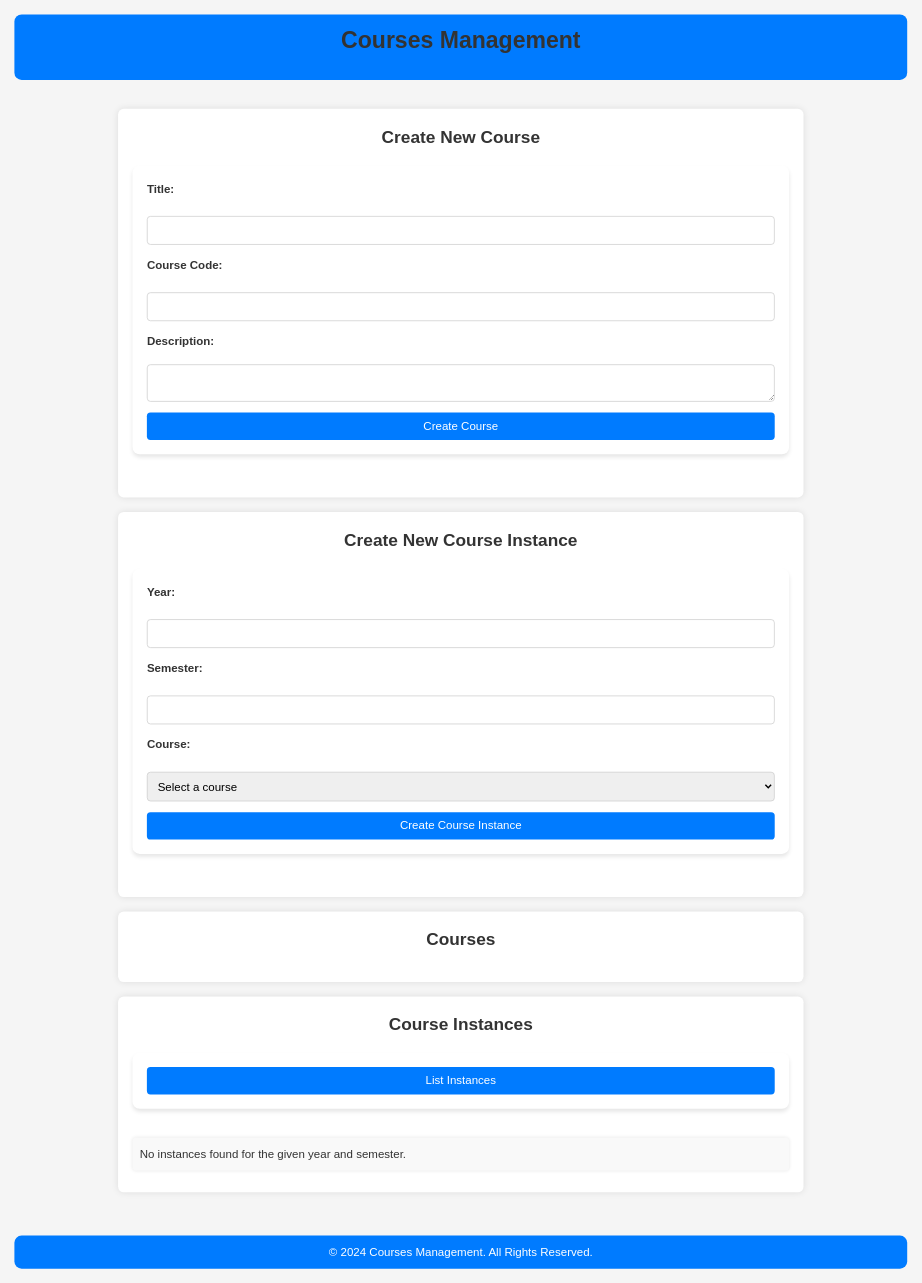
Repository: Rajdeep00-bit/Course_frontend
Page: /
An editor plug-in stored every save of this project. The page is shown before and after the next save, followed by the edit.
The browser window is 1280 px wide. The pictures show the whole page, at 72% of full size.
The page's requests for data from a server got no answer. The project was rebuilt for these pictures with package versions that can differ from the ones it lists, and the page was loaded fresh each time. No one was signed in, and anything a server would have sent is missing. Also part of the build but not shown: src/components/CourseInstanceDetails.js.

Above is the page before, as saved 2024-09-10 23:45:41.

### src/index.css
/* Reset some default styles */
* {
  margin: 0;
  padding: 0;
  box-sizing: border-box;
}

body {
  font-family: 'Arial', sans-serif;
  background-color: #f4f4f9;
  color: #333;
  line-height: 1.6;
  padding: 20px;
}

h1, h2, h3, h4, h5, h6 {
  margin-bottom: 20px;
  color: #333;
}

.container {
  max-width: 1200px;
  margin: 0 auto;
  padding: 20px;
}

/* General button styles */
button {
  background-color: #007bff;
  color: white;
  padding: 10px 15px;
  border: none;
  border-radius: 5px;
  cursor: pointer;
  font-size: 16px;
  transition: background-color 0.3s ease;
}

button:hover {
  background-color: #0056b3;
}

/* Form styles */
form {
  background-color: white;
  padding: 20px;
  margin-bottom: 40px;
  border-radius: 10px;
  box-shadow: 0 4px 6px rgba(0, 0, 0, 0.1);
}

form div {
  margin-bottom: 15px;
}

form label {
  display: block;
  margin-bottom: 5px;
  font-weight: bold;
}

form input[type="text"],
form input[type="number"],
form select {
  width: 100%;
  padding: 10px;
  margin-top: 5px;
  border: 1px solid #ccc;
  border-radius: 5px;
  font-size: 16px;
}

/* List styles */
ul {
  list-style: none;
  padding: 0;
}

li {
  background-color: white;
  padding: 15px;
  margin-bottom: 10px;
  border-radius: 10px;
  display: flex;
  justify-content: space-between;
  align-items: center;
  box-shadow: 0 4px 6px rgba(0, 0, 0, 0.1);
}

li button {
  background-color: #dc3545;
}

li button:hover {
  background-color: #c82333;
}

/* Header styles */
header {
  background-color: #007bff;
  color: white;
  padding: 20px;
  text-align: center;
  border-radius: 10px;
  margin-bottom: 40px;
}

/* Course and Course Instance Styles */
.course, .course-instance {
  display: flex;
  justify-content: space-between;
  align-items: center;
  padding: 15px;
  margin-bottom: 10px;
  background-color: white;
  border-radius: 10px;
  box-shadow: 0 4px 6px rgba(0, 0, 0, 0.1);
}

.course-info, .instance-info {
  display: flex;
  flex-direction: column;
}

.course-info h3, .instance-info h3 {
  margin-bottom: 5px;
}

/* Footer */
footer {
  text-align: center;
  padding: 20px;
  margin-top: 40px;
  background-color: #007bff;
  color: white;
  border-radius: 10px;
}

### src/App.js
import React, { useEffect, useState } from 'react';
import './App.css';
import CourseForm from './components/CourseForm';
import CourseInstanceForm from './components/CourseInstanceForm';
import CourseInstanceList from './components/CourseInstanceList';
import CourseList from './components/CourseList';
import CourseInstanceDetails from './components/CourseInstanceDetails';

function App() {
  const [courses, setCourses] = useState([]);
  const [instances, setInstances] = useState([]);
  const [year, setYear] = useState('');
  const [semester, setSemester] = useState('');
  const [selectedInstance, setSelectedInstance] = useState(null);
  const [fetchNewCourse, setFetchNewCourse] = useState(true);

  // Fetch all courses
  const fetchCourses = () => {
    fetch('http://127.0.0.1:8000/api/courses')
      .then(response => response.json())
      .then(data => setCourses(data))
      .catch((error) => {
        console.error('Error fetching courses:', error);
      });
  };

  // Fetch all course instances based on year and semester
  const fetchInstances = () => {
    if (!year || !semester) return;  // Prevent fetching if year or semester is not set
    fetch(`http://127.0.0.1:8000/api/instances/${year}/${semester}`)
      .then(response => response.json())
      .then(data => setInstances(data))  // Immediately update state with fetched instances
      .catch((error) => {
        console.error('Error fetching instances:', error);
      });
  };

  // Fetch course instance details for a specific instance
  const viewInstanceDetails = (id) => {
    fetch(`http://127.0.0.1:8000/api/instances/${year}/${semester}/${id}`)
      .then(response => response.json())
      .then(data => setSelectedInstance(data))  // Set selected instance to display its details
      .catch((error) => {
        console.error('Error fetching instance details:', error);
      });
  };

  // Delete a course instance and update the state in real-time
  const deleteInstance = (id) => {
    if (!window.confirm("Are you sure you want to delete this course instance?")) {
      return;
    }

    fetch(`http://127.0.0.1:8000/api/instances/${id}`, {
      method: 'DELETE'
    })
    .then(response => {
      if (response.ok) {
        // Update the instances state immediately after deletion
        const updatedInstances = instances.filter(instance => instance.id !== id);
        setInstances(updatedInstances);
        setSelectedInstance(null); // Clear selected instance after deletion
        alert("Instance deleted successfully.");
      } else {
        return response.json().then(err => Promise.reject(err));
      }
    })
    .catch((error) => {
      console.error('Error deleting instance:', error);
      alert("Failed to delete the instance. Please try again.");
    });
  };

  // Delete a course and update the state in real-time
  const deleteCourse = (id) => {
    if (!window.confirm("Are you sure you want to delete this course?")) {
      return;
    }

    fetch(`http://127.0.0.1:8000/api/courses/${id}`, {
      method: 'DELETE'
    })
    .then(response => {
      if (response.ok) {
        // Update the courses state immediately after deletion
        const updatedCourses = courses.filter(course => course.id !== id);
        setCourses(updatedCourses);
        alert("Course deleted successfully.");
      } else {
        return response.json().then(err => Promise.reject(err));
      }
    })
    .catch((error) => {
      console.error('Error deleting course:', error);
      alert("Failed to delete the course. Please try again.");
    });
  };

  // Fetch courses on component mount
  useEffect(() => {
    fetchCourses();
  }, []);

  // Re-fetch instances whenever year/semester changes
  useEffect(() => {
    fetchInstances();
  }, [year, semester]);

  return (
    <div className="App">
      <header className="header">
        <h1>Courses Management</h1>
      </header>

      <div className="container">
        {/* Section for Creating a New Course */}
        <section className="section">
          <h2>Create New Course</h2>
          <CourseForm onCourseCreated={fetchCourses} setFetchNewCourse={setFetchNewCourse} />
        </section>

        {/* Section for Creating a New Course Instance */}
        <section className="section">
          <h2>Create New Course Instance</h2>
          <CourseInstanceForm
            onInstanceCreated={fetchInstances}
            year={year}
            semester={semester}
            setYear={setYear}
            setSemester={setSemester}
            fetchNewCourse={fetchNewCourse}
            setFetchNewCourse={setFetchNewCourse}
          />
        </section>

        {/* Section for Displaying the List of Courses */}
        <section className="section">
          <h2>Courses</h2>
          <CourseList
            courses={courses}
            fetchCourses={fetchCourses}
            deleteCourse={deleteCourse}  // Pass delete function to CourseList
          />
        </section>

        {/* Section for Displaying the List of Course Instances */}
        <section className="section">
          <h2>Course Instances</h2>
          <CourseInstanceList
            instances={instances}
            fetchInstances={fetchInstances}
            year={year}
            semester={semester}
            viewInstanceDetails={viewInstanceDetails}  // Pass function to view instance details
            deleteInstance={deleteInstance}  // Pass delete function to CourseInstanceList
          />
        </section>

        {/* Section for Displaying Selected Course Instance Details */}
        {selectedInstance && (
          <section className="section">
            <h2>Course Instance Details</h2>
            <CourseInstanceDetails
              instance={selectedInstance}
              fetchInstances={fetchInstances}  // Pass fetchInstances to refresh list after deletion
            />
            <button onClick={() => deleteInstance(selectedInstance.id)}>Delete Instance</button> {/* Delete Button */}
          </section>
        )}
      </div>

      <footer className="footer">
        <p>&copy; 2024 Courses Management. All Rights Reserved.</p>
      </footer>
    </div>
  );
}

export default App;

### src/App.css
body {
  margin: 0;
  font-family: Arial, sans-serif;
  background-color: #f5f5f5;
}

.App {
  text-align: center;
}

.header {
  background-color: #007bff;
  color: white;
  padding: 10px 0;
  margin-bottom: 20px;
}

.container {
  width: 80%;
  margin: 0 auto;
}

.section {
  background-color: white;
  padding: 20px;
  margin-bottom: 20px;
  box-shadow: 0px 0px 10px rgba(0, 0, 0, 0.1);
  border-radius: 8px;
}

.form {
  display: flex;
  flex-direction: column;
  gap: 15px;
}

.form label {
  font-weight: bold;
  text-align: left;
}

.form input, .form textarea, .form select {
  padding: 10px;
  border-radius: 5px;
  border: 1px solid #ccc;
}

.form button {
  padding: 10px;
  background-color: #007bff;
  color: white;
  border: none;
  border-radius: 5px;
  cursor: pointer;
}

.form button:hover {
  background-color: #0056b3;
}

ul {
  list-style-type: none;
  padding: 0;
}

ul li {
  background-color: #f9f9f9;
  margin: 10px 0;
  padding: 10px;
  border-radius: 5px;
  box-shadow: 0px 0px 5px rgba(0, 0, 0, 0.1);
}

ul li button {
  margin-left: 10px;
}

.course-details, .instance-details {
  margin-top: 20px;
  text-align: left;
}

.footer {
  background-color: #007bff;
  color: white;
  padding: 10px 0;
  margin-top: 20px;
}

### src/components/CourseForm.js
import React, { useState } from 'react';

function CourseForm({ onCourseCreated, setFetchNewCourse }) {
  const [title, setTitle] = useState('');
  const [courseCode, setCourseCode] = useState('');
  const [description, setDescription] = useState('');

  const handleSubmit = (event) => {
    event.preventDefault();

    const course = {
      title: title,
      course_code: courseCode,
      description: description
    };

    fetch('http://127.0.0.1:8000/api/courses', {
      method: 'POST',
      headers: {
        'Content-Type': 'application/json'
      },
      body: JSON.stringify(course)
    })
      .then(response => response.json())
      .then(data => {
        setTitle('');
        setCourseCode('');
        setDescription('');
        setFetchNewCourse(true);
        onCourseCreated();
      })
      .catch((error) => {
        console.error('Error creating course:', error);
      });
  };

  return (
    <form className="form" onSubmit={handleSubmit}>
      <label>Title:</label>
      <input
        type="text"
        value={title}
        onChange={(e) => setTitle(e.target.value)}
        required
      />

      <label>Course Code:</label>
      <input
        type="text"
        value={courseCode}
        onChange={(e) => setCourseCode(e.target.value)}
        required
      />

      <label>Description:</label>
      <textarea
        value={description}
        onChange={(e) => setDescription(e.target.value)}
        required
      />

      <button type="submit">Create Course</button>
    </form>
  );
}

export default CourseForm;

### src/components/CourseInstanceForm.js
import React, { useEffect, useState } from 'react';

function CourseInstanceForm({ onInstanceCreated, year, semester, setYear, setSemester, fetchNewCourse, setFetchNewCourse, fetchInstances }) {
  const [courseId, setCourseId] = useState('');
  const [courses, setCourses] = useState([]);

  // Fetch the courses when a new course is created
  useEffect(() => {
    if (fetchNewCourse) {
      setFetchNewCourse(false);
      fetchCourses();
    }
  }, [fetchNewCourse, setFetchNewCourse]);

  // Function to fetch the list of courses
  const fetchCourses = () => {
    fetch('http://127.0.0.1:8000/api/courses')
      .then(response => response.json())
      .then(data => setCourses(data))
      .catch((error) => {
        console.error('Error fetching courses:', error);
      });
  };

  // Handle form submission
  const handleSubmit = (event) => {
    event.preventDefault();

    const courseInstance = {
      course: courseId,
      year: year,
      semester: semester
    };

    // Post new course instance to the API
    fetch('http://127.0.0.1:8000/api/instances', {
      method: 'POST',
      headers: {
        'Content-Type': 'application/json'
      },
      body: JSON.stringify(courseInstance)
    })
      .then(response => response.json())
      .then(data => {
        // Reset the form fields after successful submission
        setCourseId('');
        setYear('');         // Reset year field
        setSemester('');     // Reset semester field

        onInstanceCreated();  // Callback to refresh other components if needed
        fetchInstances();     // Refresh the course instance list
      })
      .catch((error) => {
        console.error('Error creating course instance:', error);
      });
  };

  return (
    <form className="form" onSubmit={handleSubmit}>
      <label>Year:</label>
      <input
        type="text"
        value={year}
        onChange={(e) => setYear(e.target.value)}
        required
      />

      <label>Semester:</label>
      <input
        type="text"
        value={semester}
        onChange={(e) => setSemester(e.target.value)}
        required
      />

      <label>Course:</label>
      <select value={courseId} onChange={(e) => setCourseId(e.target.value)} required>
        <option value="">Select a course</option>
        {courses.map(course => (
          <option key={course.id} value={course.id}>{course.title}</option>
        ))}
      </select>

      <button type="submit">Create Course Instance</button>
    </form>
  );
}

export default CourseInstanceForm;

### src/components/CourseInstanceList.js
import React from 'react';

function CourseInstanceList({ instances, setInstances, year, semester }) {

  // Fetch instance details (for display or debugging)
  const viewInstanceDetails = (id) => {
    fetch(`http://127.0.0.1:8000/api/instances/${year}/${semester}/${id}`)
      .then(response => response.json())
      .then(data => {
        console.log('Instance details:', data);
      })
      .catch((error) => {
        console.error('Error fetching instance details:', error);
      });
  };

  // Delete an instance and update the state
  const deleteInstance = (id) => {
    if (!window.confirm('Are you sure you want to delete this instance?')) {
      return;
    }

    fetch(`http://127.0.0.1:8000/api/instances/${id}`, {
      method: 'DELETE'
    })
    .then(response => {
      if (response.ok) {
        // Remove the deleted instance from the state
        const updatedInstances = instances.filter(instance => instance.id !== id);
        setInstances(updatedInstances); // Update state with new array
        alert('Instance deleted successfully.');
      } else {
        throw new Error('Failed to delete instance');
      }
    })
    .catch((error) => {
      console.error('Error deleting instance:', error);
      alert('Failed to delete the instance. Please try again.');
    });
  };

  return (
    <div>
      <form className="form" onSubmit={(e) => { e.preventDefault(); }}>
        <button type="submit">List Instances</button>
      </form>

      <ul>
        {instances.length === 0 ? (
          <li>No instances found for the given year and semester.</li>
        ) : (
          instances.map(instance => (
            <li key={instance.id}>
              {instance.course.title} - {instance.year}/{instance.semester}
              <button onClick={() => viewInstanceDetails(instance.id)}>View Details</button>
              <button onClick={() => deleteInstance(instance.id)}>Delete</button>
            </li>
          ))
        )}
      </ul>
    </div>
  );
}

export default CourseInstanceList;

### src/components/CourseList.js
import React from 'react';

function CourseList({ courses, fetchCourses }) {

  const viewCourseDetails = (id) => {
    fetch(`http://127.0.0.1:8000/api/courses/${id}`)
      .then(response => response.json())
      .then(data => {
        console.log('Course details:', data);
      })
      .catch((error) => {
        console.error('Error fetching course details:', error);
      });
  };

  const deleteCourse = (id) => {
    fetch(`http://127.0.0.1:8000/api/courses/${id}`, {
      method: 'DELETE'
    })
      .then(() => fetchCourses())  // Refresh the course list after deletion
      .catch((error) => {
        console.error('Error deleting course:', error);
      });
  };

  return (
    <ul>
      {courses.map(course => (
        <li key={course.id}>
          {course.title} ({course.course_code})
          <button onClick={() => viewCourseDetails(course.id)}>View Details</button>
          <button onClick={() => deleteCourse(course.id)}>Delete</button>
        </li>
      ))}
    </ul>
  );
}

export default CourseList;

Loaded but not shown: src/index.js (common file)

After the next save:
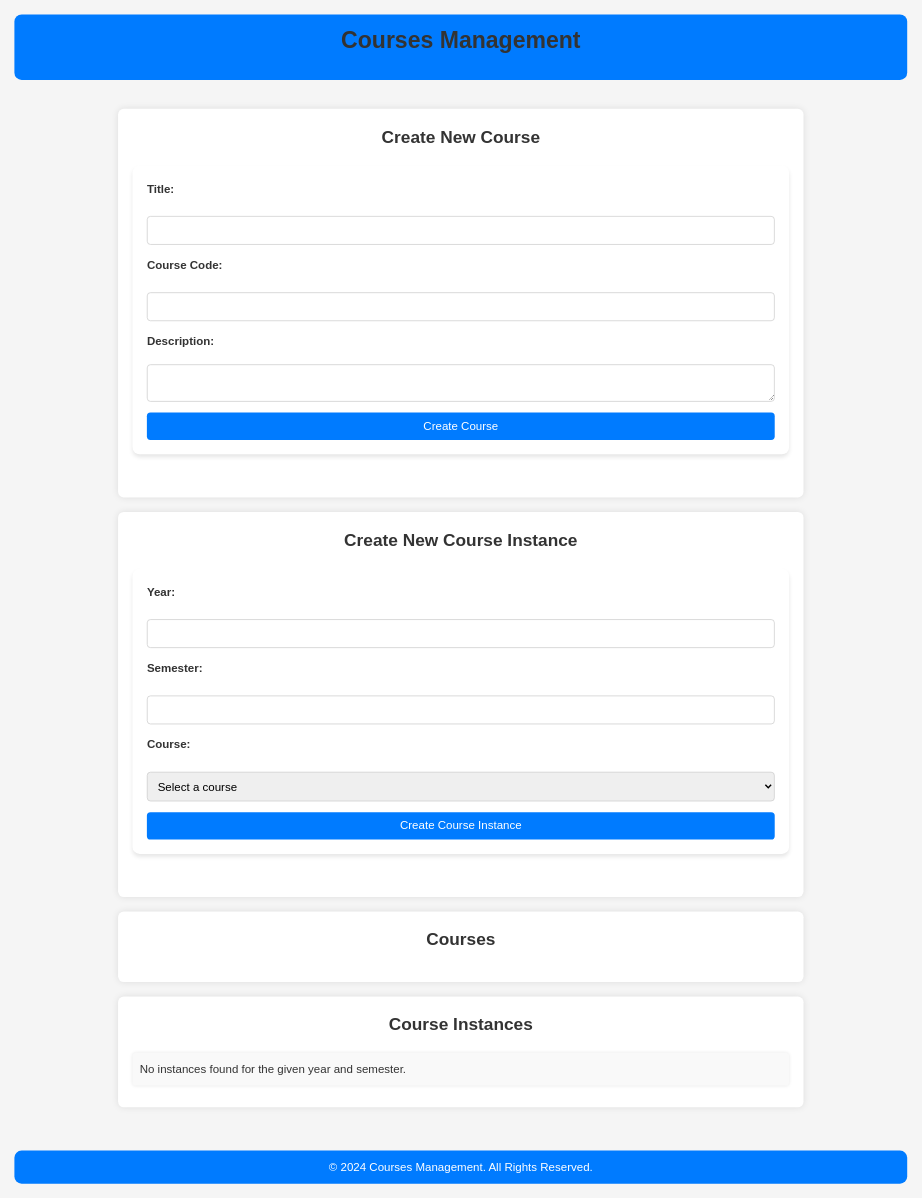
Saved 3 min 51 s later.
--- a/src/components/CourseInstanceList.js
+++ b/src/components/CourseInstanceList.js
@@ -14,37 +14,27 @@ function CourseInstanceList({ instances, setInstances, year, semester }) {
       });
   };
 
-  // Delete an instance and update the state
+  // Delete an instance and update the state without confirmation
   const deleteInstance = (id) => {
-    if (!window.confirm('Are you sure you want to delete this instance?')) {
-      return;
-    }
-
     fetch(`http://127.0.0.1:8000/api/instances/${id}`, {
       method: 'DELETE'
     })
     .then(response => {
       if (response.ok) {
-        // Remove the deleted instance from the state
+        // Filter out the deleted instance from the state and update the list
         const updatedInstances = instances.filter(instance => instance.id !== id);
-        setInstances(updatedInstances); // Update state with new array
-        alert('Instance deleted successfully.');
+        setInstances(updatedInstances); // Update state with the new instance list
       } else {
-        throw new Error('Failed to delete instance');
+        console.error('Failed to delete instance:', response.statusText);
       }
     })
     .catch((error) => {
       console.error('Error deleting instance:', error);
-      alert('Failed to delete the instance. Please try again.');
     });
   };
 
   return (
     <div>
-      <form className="form" onSubmit={(e) => { e.preventDefault(); }}>
-        <button type="submit">List Instances</button>
-      </form>
-
       <ul>
         {instances.length === 0 ? (
           <li>No instances found for the given year and semester.</li>
@@ -53,7 +43,7 @@ function CourseInstanceList({ instances, setInstances, year, semester }) {
             <li key={instance.id}>
               {instance.course.title} - {instance.year}/{instance.semester}
               <button onClick={() => viewInstanceDetails(instance.id)}>View Details</button>
-              <button onClick={() => deleteInstance(instance.id)}>Delete</button>
+              <button onClick={() => deleteInstance(instance.id)}>Delete</button> {/* Delete without confirmation */}
             </li>
           ))
         )}
